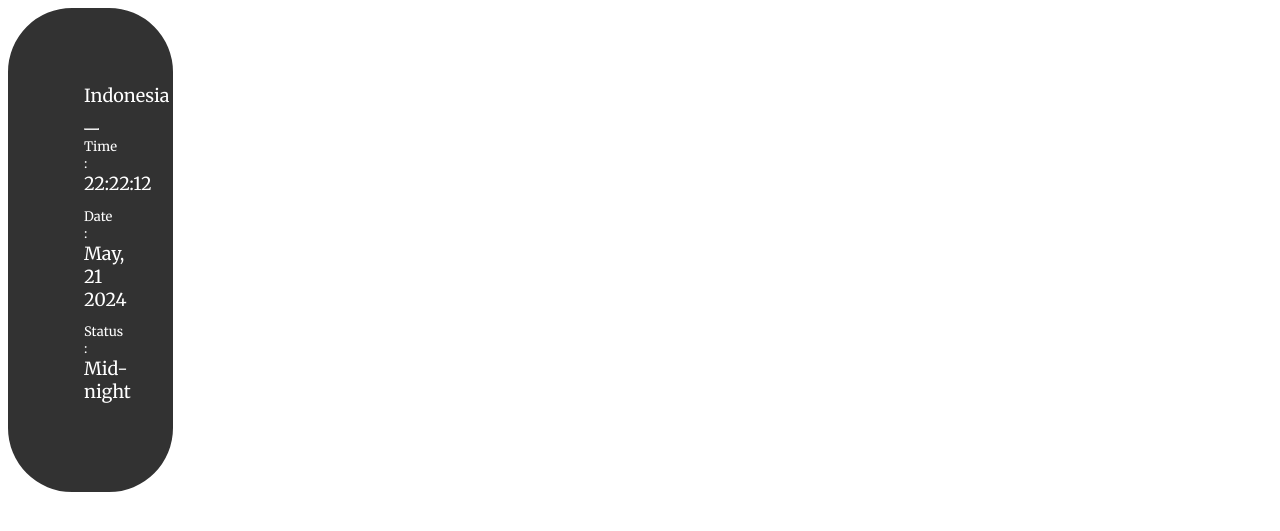
Repository: SnakeXrnt/notion-clock
Page: indonesia.html
An editor plug-in stored every save of this project. The page is shown before and after the next save, followed by the edit.
The browser window is 1280 px wide. The pictures show the whole page.

Above is the page before, as saved 2024-05-21 16:42:48.

After the next save:
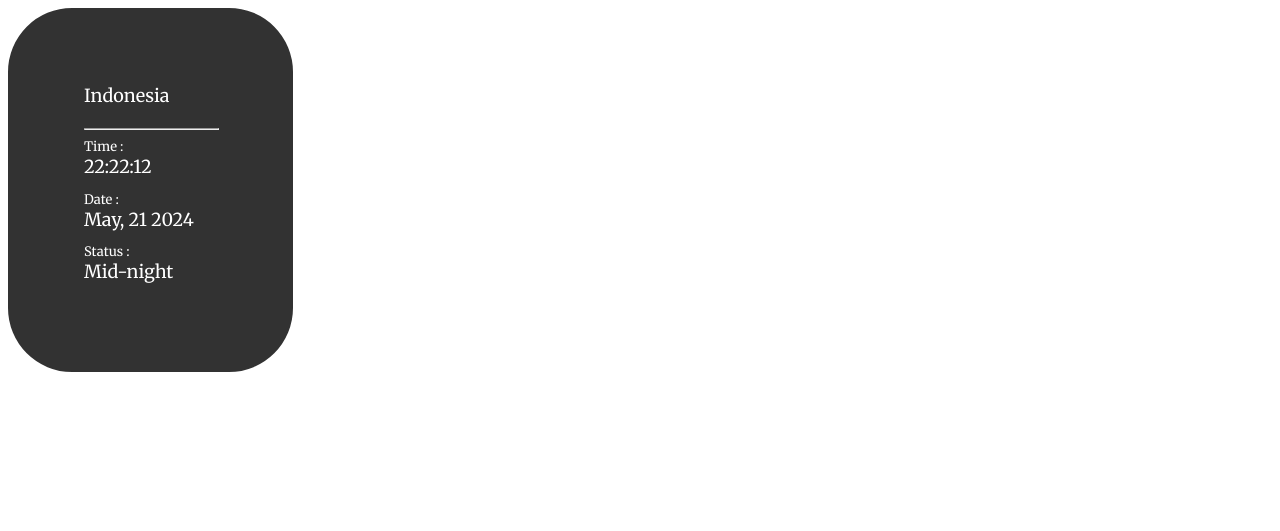
Saved 4 s later.
--- a/indonesia.html
+++ b/indonesia.html
@@ -29,7 +29,7 @@
         .box {
             display: flex;
             flex-direction: column;
-            width: 10pt;
+            width: 100pt;
             height: max-content;
             border: 6vw solid rgb(50, 50, 50);
             background-color: rgb(50, 50, 50);
